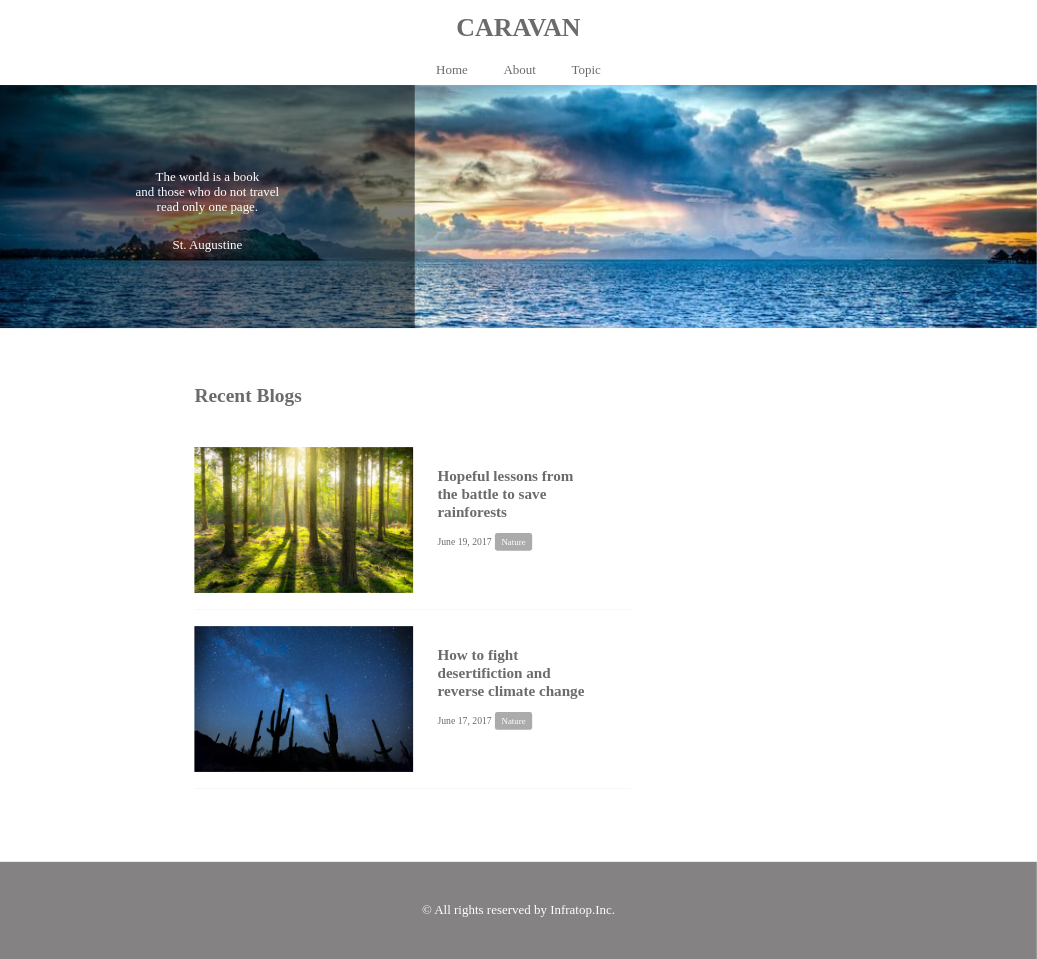
Repository: Yuya0829/HTML
Page: caravan/caravan3/index.html
The author's editor kept a record of every edit. The page is drawn from the files as they stood at one moment, then again after the next edit.
The browser window is 1280 px wide. The pictures show the whole page, at 81% of full size.

Above is the page before.

After the next edit:
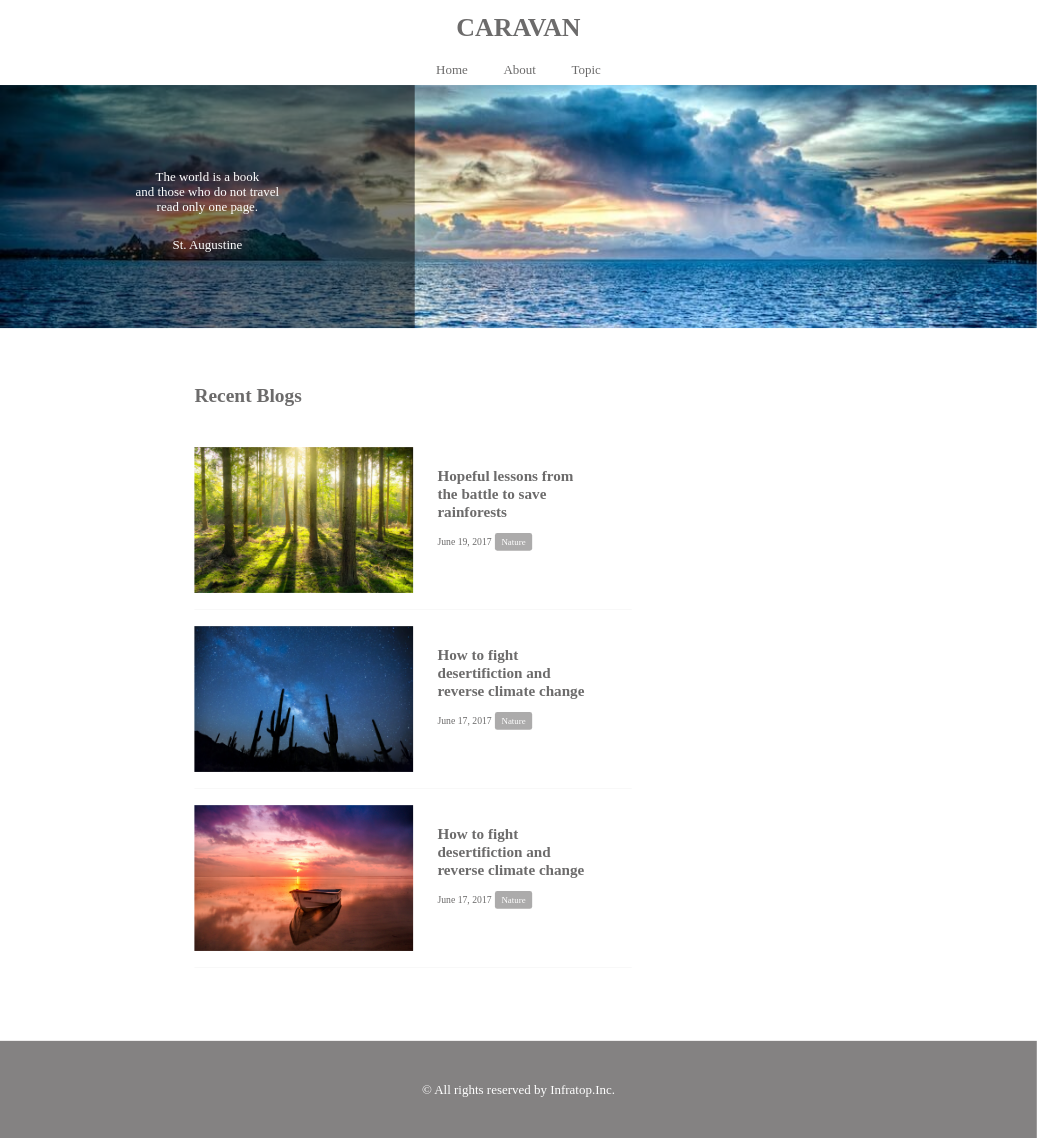
The edit:
--- a/caravan/caravan3/index.html
+++ b/caravan/caravan3/index.html
@@ -74,6 +74,20 @@
             <span class="category">Nature</span>
           </section>
         </div>
+        <div class="blog-item">
+            <img class="blog-image" src="img/sunset.jpg" />
+            <section class="blog-text">
+              <h3 class="blog-text-heading">
+               <a href="single.html">
+                How to fight<br />
+                desertifiction and<br />
+                reverse climate change
+              </a>
+            </h3>
+            <p class="blog-date">June 17, 2017</p>
+            <span class="category">Nature</span>
+          </section>
+        </div>
       </section>
       <div class="sidebar"></div>
     </main>
